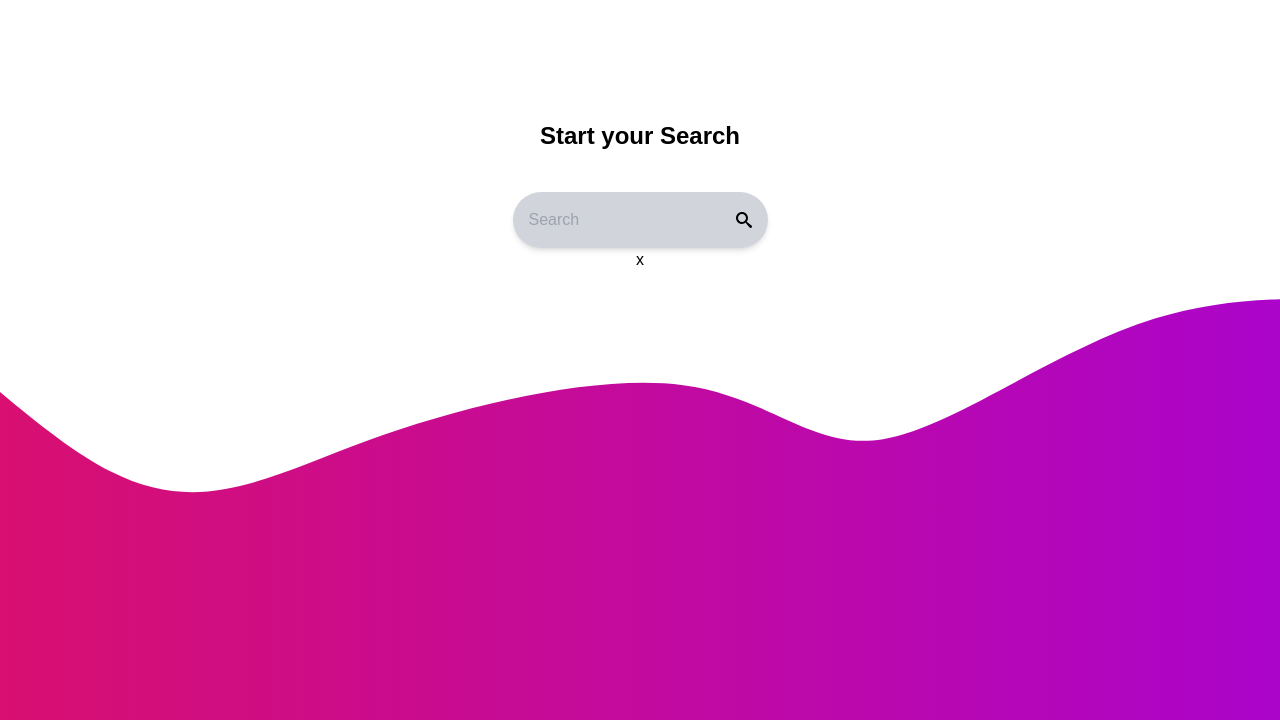
Repository: evergreenx/dictionary-octo
Page: /
The author's editor kept a copy of each file at every save. The page is drawn from the files as they stood at one save, then again after the next save.
The browser window is 1280 px wide. The pictures show the whole page.
The project was rebuilt for these pictures with package versions that can differ from the ones it lists, and the page was loaded fresh each time. The framework's server and built-in components were replaced by stand-ins that run in the browser. Also part of the build but not shown: next.config.js.

Above is the page before, as saved 2022-04-30 14:56:11.

### pages/index.js
import Head from "next/head";
import Image from "next/image";
import bgimage from "../public/bg.svg";

import { ImSearch } from "react-icons/im";

export default function Home() {
  return (
    <div>
      <Head>
        <title>Create Next App</title>
        <meta name="description" content="Generated by create next app" />
        <link rel="icon" href="/favicon.ico" />
      </Head>

      <main className=" flex flex-col justify-center items-center py-20">
        <div className="input--container">
          <h1 className="text-2xl font-bold text-center py-10">Start your Search</h1>

          <div className="flex items-center bg-gray-300 shadow-md rounded-full p-4 ">
            <input
              className="input--text bg-gray-300"
              type="text"
              placeholder="Search"
            />

            <ImSearch />
          </div>
        </div>
        x{" "}
      </main>
    </div>
  );
}

### styles/globals.css
@tailwind base;
@tailwind components;
@tailwind utilities;

@import url("https://fonts.googleapis.com/css2?family=Quicksand&display=swap");

body {
  padding: 0;
  margin: 0;
  font-family: "Quicksand", sans-serif;
  background-image: url("../public/bg.svg");
  background-repeat: no-repeat;
  background-size: cover;
  background-position: bottom;
  height: 100vh;
  font-family: 'Quicksand', sans-serif;
}

a {
  color: inherit;
  text-decoration: none;
}

* {
  box-sizing: border-box;
}

Loaded but not shown: pages/_app.js (common file); tailwind.config.js (common file)

After the next save:
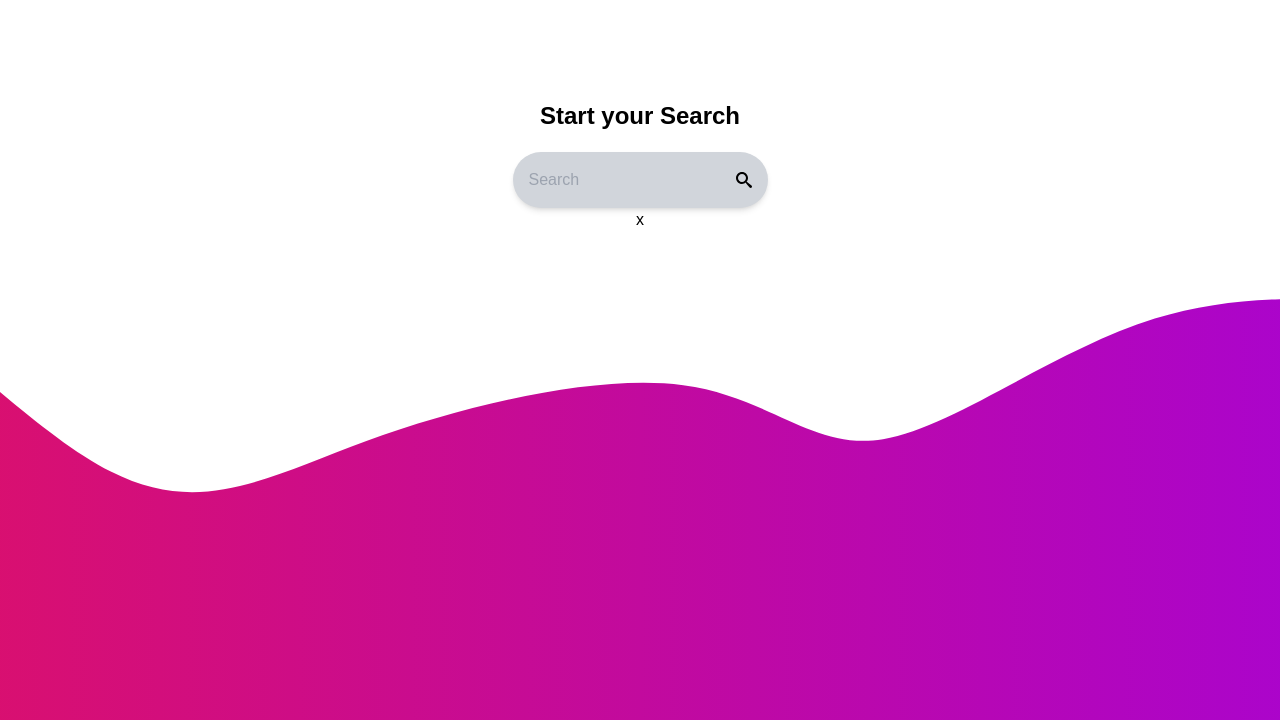
Saved 5 s later.
--- a/pages/index.js
+++ b/pages/index.js
@@ -15,7 +15,7 @@ export default function Home() {
 
       <main className=" flex flex-col justify-center items-center py-20">
         <div className="input--container">
-          <h1 className="text-2xl font-bold text-center py-10">Start your Search</h1>
+          <h1 className="text-2xl font-bold text-center py-5">Start your Search</h1>
 
           <div className="flex items-center bg-gray-300 shadow-md rounded-full p-4 ">
             <input
